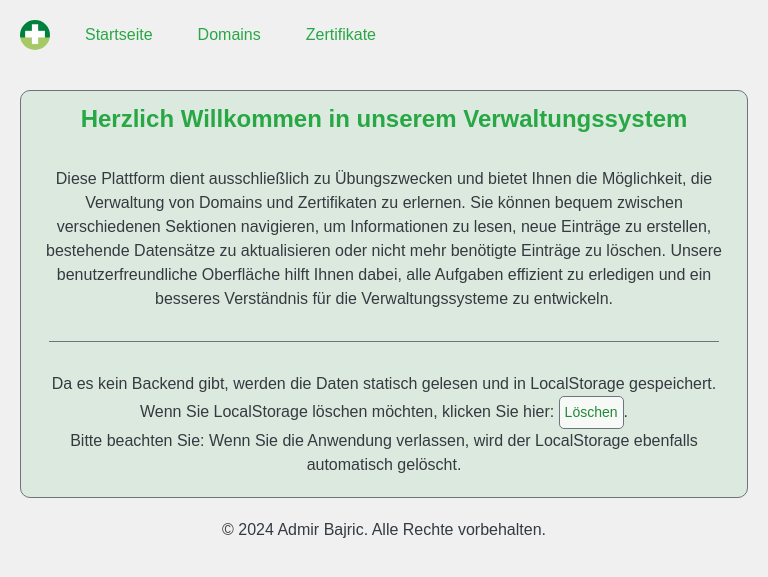
Repository: bajricadmir/verwaltungssystem-vanilla-html-css
Page: index.html
The author's editor kept a copy of each file at every save. The page is drawn from the files as they stood at one save, then again after the next save.
The browser window is 768 px wide. The pictures show the whole page.

Above is the page before, as saved 2024-10-14 12:43:45.

### index.html
<!DOCTYPE html>
<html lang="en">
  <head>
    <meta charset="UTF-8" />
    <meta name="viewport" content="width=device-width, initial-scale=1.0" />
    <link
      rel="shortcut icon"
      href="./assets/images/favicon.ico"
      type="image/x-icon"
    />
    <link rel="stylesheet" href="style.css" />
    <title>Verwaltungssystem</title>
  </head>
  <body>
    <header class="header">
      <nav class="navigation">
        <img
          src="./assets/images/favicon.ico"
          alt="Logo des Verwaltungssystems"
          class="logo"
        />

        <ul class="nav-list">
          <li class="nav-item">
            <a class="nav-link" href="#home">Startseite</a>
          </li>
          <li class="nav-item">
            <a class="nav-link" href="#about">Domains</a>
          </li>
          <li class="nav-item">
            <a class="nav-link" href="#contact">Zertifikate</a>
          </li>
        </ul>
      </nav>
    </header>

    <main class="main-content">
      <section class="content-section">
        <h1 class="alert-heading">
          Herzlich Willkommen in unserem Verwaltungssystem
        </h1>
        <p class="content-paragraph">
          Diese Plattform dient ausschließlich zu Übungszwecken und bietet Ihnen
          die Möglichkeit, die Verwaltung von Domains und Zertifikaten zu
          erlernen. Sie können bequem zwischen verschiedenen Sektionen
          navigieren, um Informationen zu lesen, neue Einträge zu erstellen,
          bestehende Datensätze zu aktualisieren oder nicht mehr benötigte
          Einträge zu löschen. Unsere benutzerfreundliche Oberfläche hilft Ihnen
          dabei, alle Aufgaben effizient zu erledigen und ein besseres
          Verständnis für die Verwaltungssysteme zu entwickeln.
        </p>
      </section>

      <div class="divider"></div>

      <section class="content-section">
        <p class="content-paragraph">
          Da es kein Backend gibt, werden die Daten statisch gelesen und in
          LocalStorage gespeichert. Wenn Sie LocalStorage löschen möchten,
          klicken Sie hier:
          <button type="button" class="btn">Löschen</button>.<br />
          Bitte beachten Sie: Wenn Sie die Anwendung verlassen, wird der
          LocalStorage ebenfalls automatisch gelöscht.
        </p>
      </section>
    </main>

    <footer class="footer">
      <p class="footer-text">
        &copy; 2024 Admir Bajric. Alle Rechte vorbehalten.
      </p>
    </footer>
  </body>
</html>

### style.css
:root {
  --primary-color: #007bff;
  --secondary-color: #6c757d;
  --success-color: #28a745;
  --success-color-hover: #218838;
  --success-color-bgc: #d4edda;
  --danger-color: #dc3545;
  --warning-color: #ffc107;
  --info-color: #17a2b8;
  --light-color: #f8f9fa;
  --dark-color: #343a40;
  --btn-background-color: #f7f9f7;

  --font-size-base: 16px;
  --font-family-base: "Arial", sans-serif;
  --background-color: #f0f0f0;
}

* {
  margin: 0;
  padding: 0;
  box-sizing: border-box;
}

html,
body {
  height: 100%;
  font-family: var(--font-family-base);
  line-height: 1.5;
}

body {
  padding: 40px 150px;
  background-color: var(--background-color);
  color: var(--dark-color);
}

ul {
  list-style: none;
}

a {
  text-decoration: none;
  color: inherit;
}

button {
  background: none;
  border: none;
  padding: 0;
  font: inherit;
  color: inherit;
  text-align: inherit;
  cursor: pointer;
  outline: none;
  transition: background-color 0.3s, color 0.3s;
}

table {
  border-collapse: collapse;
  width: 100%;
}

.navigation {
  display: flex;
  align-items: center;
}

.logo {
  width: 30px;
  height: 30px;
  border-radius: 50%;
  margin-right: 20px;
}

.nav-list {
  display: flex;
  align-items: center;
}

.nav-item {
  margin-right: 15px;
}

.nav-item:last-child {
  margin-right: 0;
}

.nav-item a {
  color: var(--success-color);
  transition: color 0.3s ease;
  padding: 10px 15px;
  border-radius: 5px;
}

.nav-item a:hover {
  color: var(--success-color-hover);
  background-color: rgba(40, 167, 69, 0.1);
}

.main-content {
  display: flex;
  flex-direction: column;
  align-items: center;
  margin-top: 40px;
  background-color: rgba(40, 167, 69, 0.1);
  padding: 20px 15px;
  border: 0.1px solid var(--secondary-color);
  border-radius: 10px;
}

.content-section {
  text-align: center;
}

.alert-heading {
  color: var(--success-color);
  padding-bottom: 20px;
}

.content-paragraph {
  padding: 10px;
}

.divider {
  width: 95%;
  height: 1px;
  background-color: var(--secondary-color);
  margin: 20px 0;
}

.btn {
  font-size: 14px;
  border: 0.1px solid var(--secondary-color);

  padding: 5px;
  background-color: var(--btn-background-color);
  color: var(--success-color-hover);
  border-radius: 5px;
  transition: all 125ms ease-in-out;
}

.btn:hover {
  background-color: var(--btn-background-color);
  color: var(--success-color);
}

.footer {
  margin-top: 20px;
  text-align: center;
}

@media (max-width: 768px) {
  body {
    padding: 20px;
  }
  .main-content {
    padding: 10px;
  }
}

After the next save:
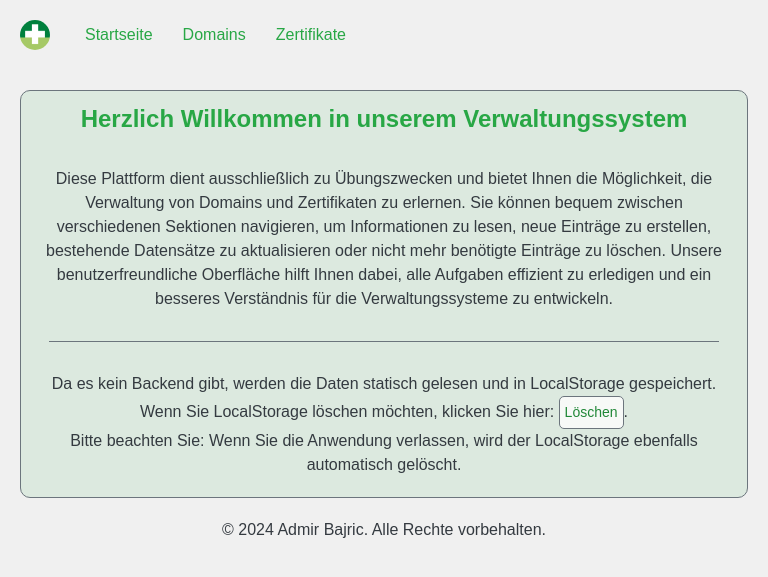
Saved 50 s later.
--- a/style.css
+++ b/style.css
@@ -157,4 +157,8 @@ table {
   .main-content {
     padding: 10px;
   }
+
+  .nav-item {
+    margin-right: 0px;
+  }
 }
